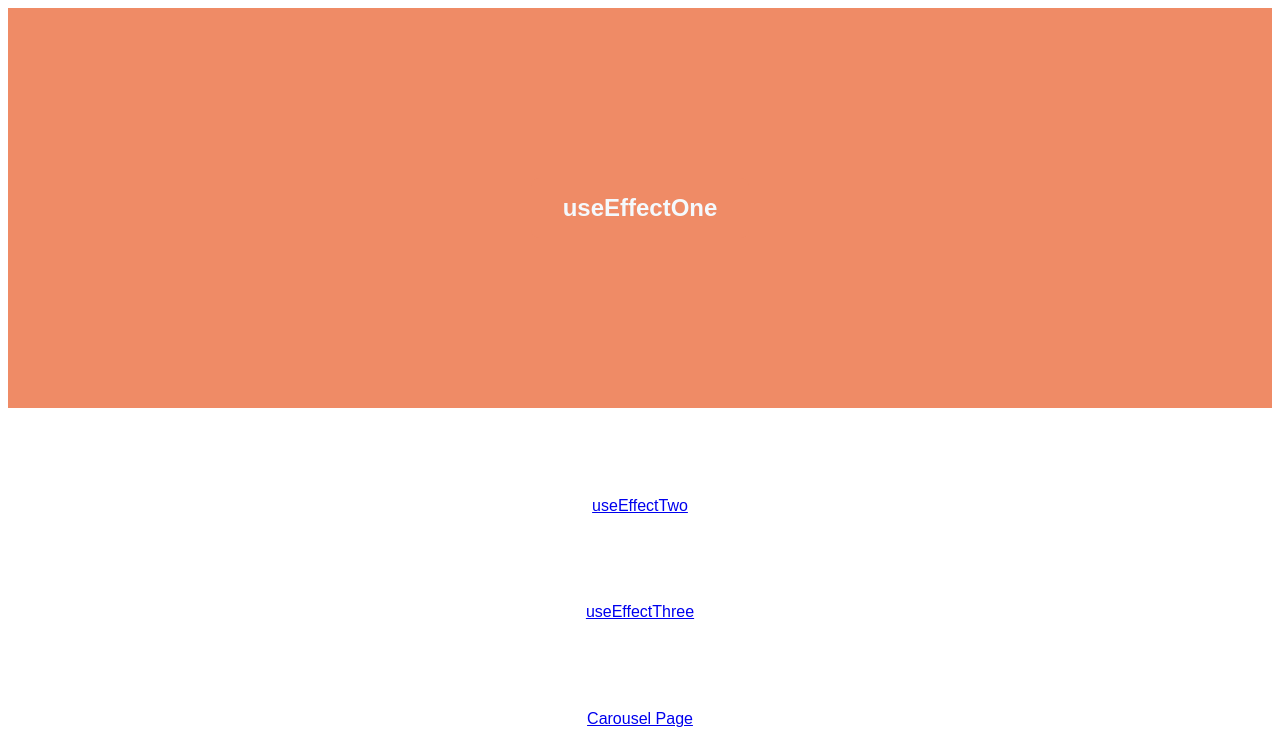
Repository: giovanabirck/class8
Page: /
These files come from the project's save history. The page is drawn as it stood at one moment and after the next save; the edit follows.
The browser window is 1280 px wide. The pictures show the whole page.
The project was rebuilt for these pictures with package versions that can differ from the ones it lists, and the page was loaded fresh each time. The framework's server and built-in components were replaced by stand-ins that run in the browser. Also part of the build but not shown: next.config.js.

Above is the page before, as saved 2023-02-23 17:53:23.

After the next save:
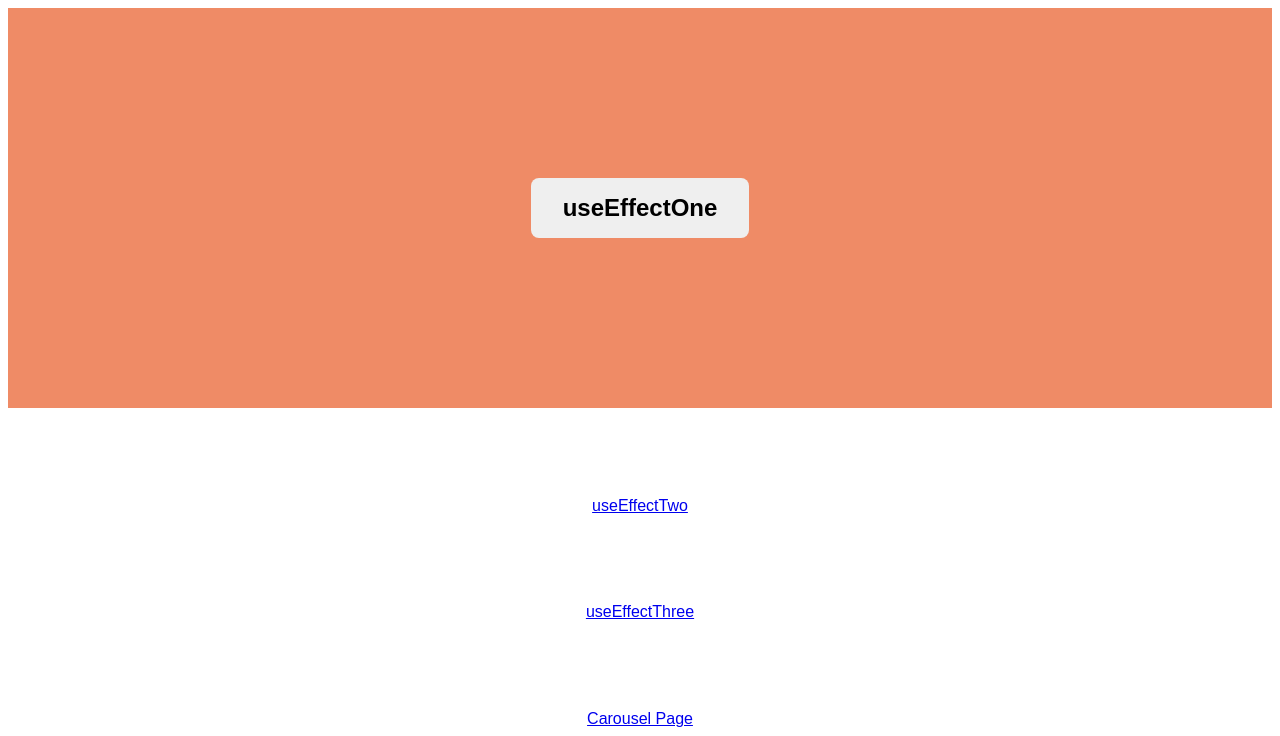
Saved 11 s later.
--- a/styles/Home.module.css
+++ b/styles/Home.module.css
@@ -6,6 +6,8 @@
   padding: 0rem;
   min-height: 100vh;
   font-family: Arial, Helvetica, sans-serif;
+  color: var(--black);
+
 }
 
 .effect_one {
@@ -24,6 +26,5 @@
   padding: 1rem 2rem;
   border-radius: 0.5rem;
   border-style: none;
-  background-color: var(--orange);
-  color: var(--white);
+  background-color: ;
 }
